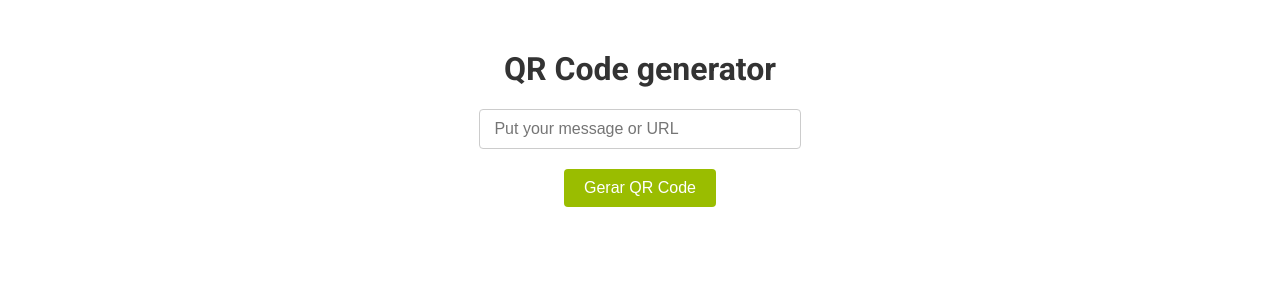
Repository: lenx0/QRCode-generator
Page: /
The author's editor kept a copy of each file at every save. The page is drawn from the files as they stood at one save, then again after the next save.
The browser window is 1280 px wide. The pictures show the whole page.
The project was rebuilt for these pictures with package versions that can differ from the ones it lists, and the page was loaded fresh each time. Also part of the build but not shown: vite.config.ts.

Above is the page before, as saved 2024-06-21 12:43:46.

After the next save:
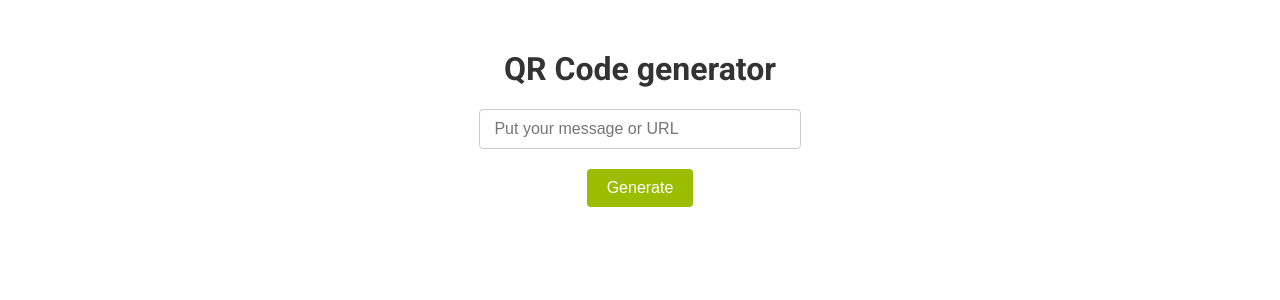
Saved 7 s later.
--- a/src/QRCode.tsx
+++ b/src/QRCode.tsx
@@ -25,7 +25,7 @@ const QRCodeGenerator: React.FC = () => {
       />
       <br />
       <button onClick={generateQRCode} style={{ padding: '10px 20px', cursor: 'pointer' }}>
-        Gerar QR Code
+        Generate
       </button>
       <div style={{ marginTop: '30px' }}>
         {qrCodeValue && <QRCode value={qrCodeValue} />}
